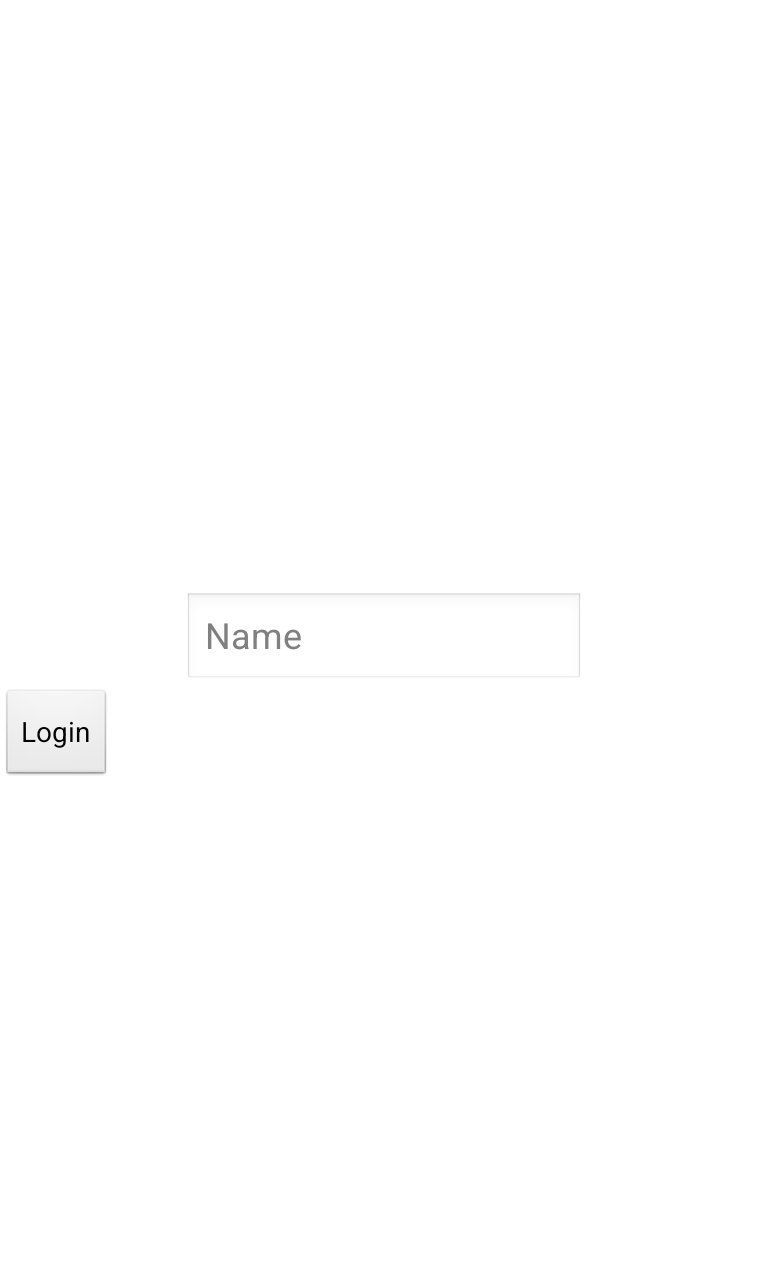
Repository: drice0331/CityMapsAndroidChallenge
Layout: CitymapsUserPhotoDisplay/res/layout/activity_launch.xml
These files come from the project's save history. The layout is drawn as it stood at one moment and after the next save; the edit follows.
It is drawn on a 768 x 1280 px phone screen (xhdpi) without system bars, with theme AppTheme; the app's code is not run.

Above is the layout before, as saved 2015-02-18 21:05:50.

### CitymapsUserPhotoDisplay/res/layout/activity_launch.xml
<?xml version="1.0" encoding="utf-8"?>
<RelativeLayout xmlns:android="http://schemas.android.com/apk/res/android"
    android:layout_width="match_parent"
    android:layout_height="match_parent"
    android:orientation="vertical" >

    <EditText
        android:id="@+id/login_name"
        android:layout_width="200dp"
        android:layout_height="wrap_content"
        android:layout_centerInParent="true"
        android:hint="@string/name_hint"
        />

    <Button
        android:layout_width="wrap_content"
        android:layout_height="wrap_content"
        android:layout_below="@id/login_name"
        android:onClick="toPhotoDisplay"
        android:text="@string/login" />

</RelativeLayout>

### CitymapsUserPhotoDisplay/res/values/styles.xml
<?xml version="1.0" encoding="utf-8"?>
<resources>
        <!--
        Base application theme, dependent on API level. This theme is replaced
        by AppBaseTheme from res/values-vXX/styles.xml on newer devices.
    -->
    <style name="AppBaseTheme" parent="android:Theme.Light">
        <!--
            Theme customizations available in newer API levels can go in
            res/values-vXX/styles.xml, while customizations related to
            backward-compatibility can go here.
        -->
    </style>

    <!-- Application theme. -->
    <style name="AppTheme" parent="AppBaseTheme">
        <!-- All customizations that are NOT specific to a particular API-level can go here. -->
    </style>

        <style name="SpinningLoader" parent="@android:style/Widget.Holo.Light.ProgressBar.Large">
        <item name="android:layout_width">match_parent</item>
        <item name="android:layout_height">wrap_content</item>
        <item name="android:layout_marginTop">40dp</item>
        <item name="android:gravity">center</item>
    </style>
</resources>

### CitymapsUserPhotoDisplay/res/values/strings.xml
<resources>

    <string name="app_name">CitymapsUserPhotoDisplay</string>

    <string name="title_activity_launch">Launch Me</string>
    <string name="login">Login</string>
    <string name="name_hint">Name</string>

</resources>

After the next save:
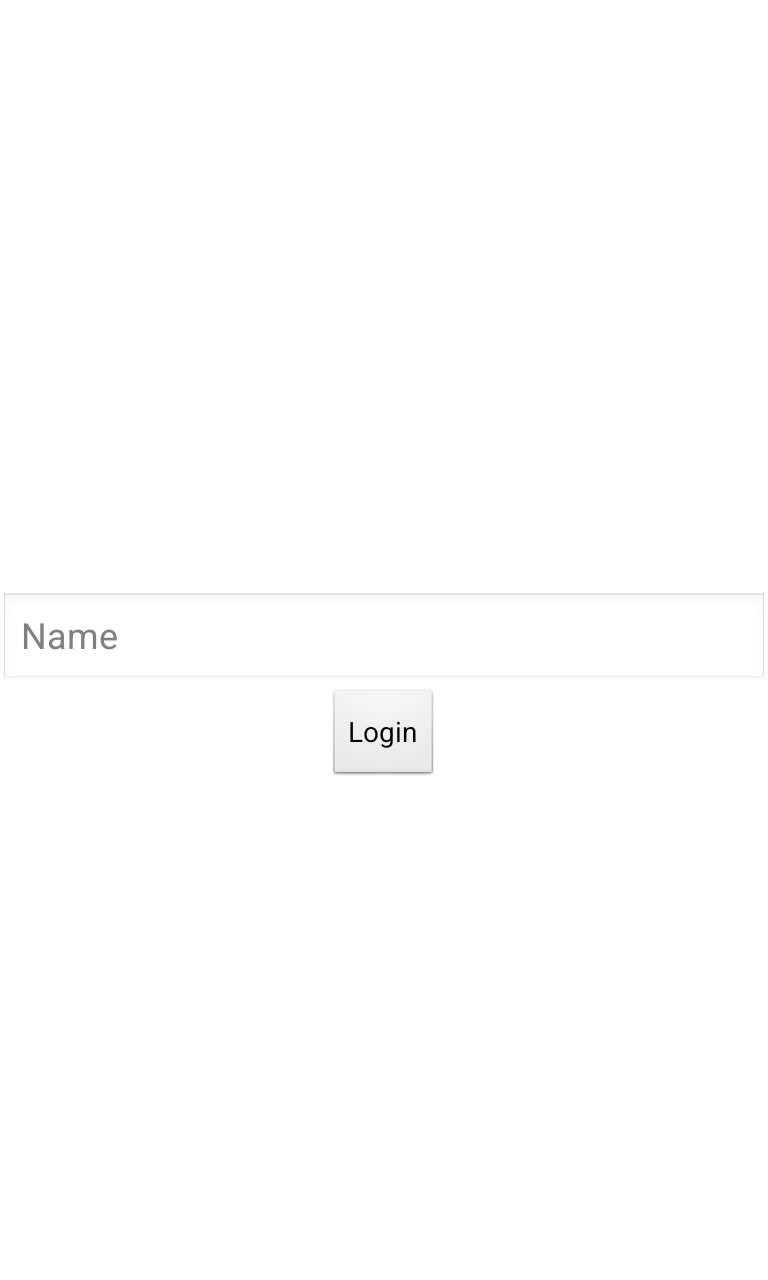
Saved 34 s later.
--- a/CitymapsUserPhotoDisplay/res/layout/activity_launch.xml
+++ b/CitymapsUserPhotoDisplay/res/layout/activity_launch.xml
@@ -6,7 +6,7 @@
 
     <EditText
         android:id="@+id/login_name"
-        android:layout_width="200dp"
+        android:layout_width="match_parent"
         android:layout_height="wrap_content"
         android:layout_centerInParent="true"
         android:hint="@string/name_hint"
@@ -16,6 +16,7 @@
         android:layout_width="wrap_content"
         android:layout_height="wrap_content"
         android:layout_below="@id/login_name"
+        android:layout_centerHorizontal="true"
         android:onClick="toPhotoDisplay"
         android:text="@string/login" />
 
